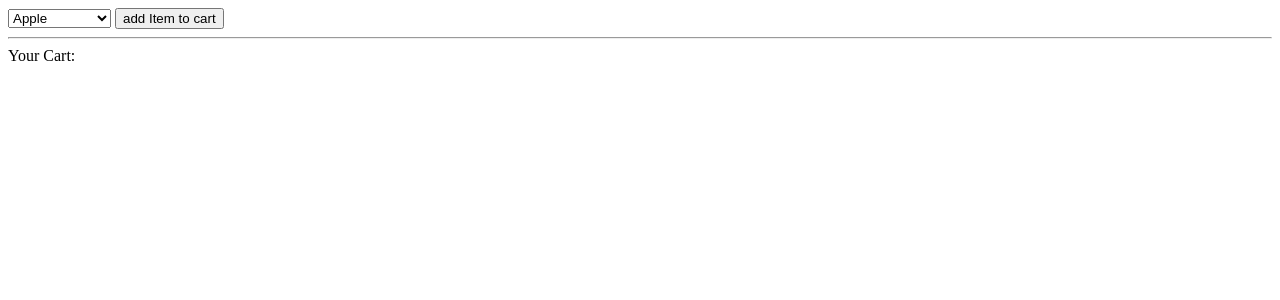
Repository: charlieactor/Skill-Distillery
Page: http://localhost/ShoppingCart/
These files come from the project's save history. The page is drawn as it stood at one moment and after the next save; the edit follows.
The browser window is 1280 px wide. The pictures show the whole page.
The page is served by Tomcat 9.

Above is the page before, as saved 2017-07-11 16:58:36.

After the next save:
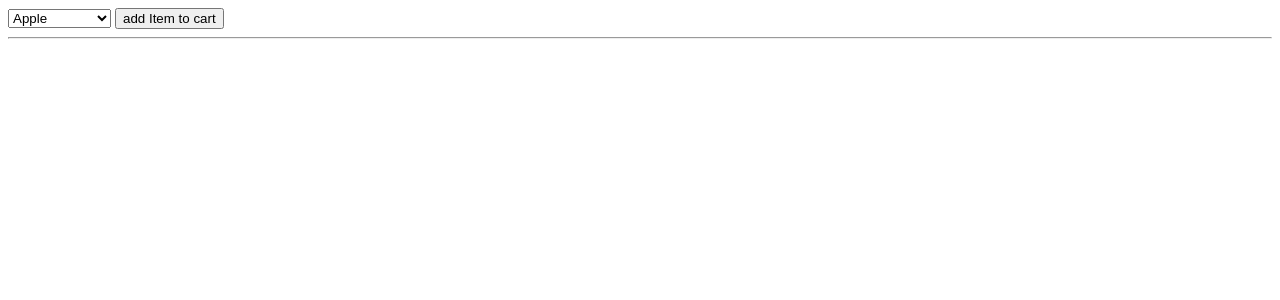
Saved 26 s later.
--- a/workspace/ShoppingCart/WebContent/WEB-INF/cart.jsp
+++ b/workspace/ShoppingCart/WebContent/WEB-INF/cart.jsp
@@ -22,7 +22,9 @@
  You chose product ${product.name}
  </c:if>
  <hr>
+ <c:if test="${not empty cart}">
  Your Cart: <br>
+ </c:if>
  <ul>
   <c:forEach var="item" items="${cart}">
    <li>${item.name} (${item.price})</li>

After the 2 saves that followed:
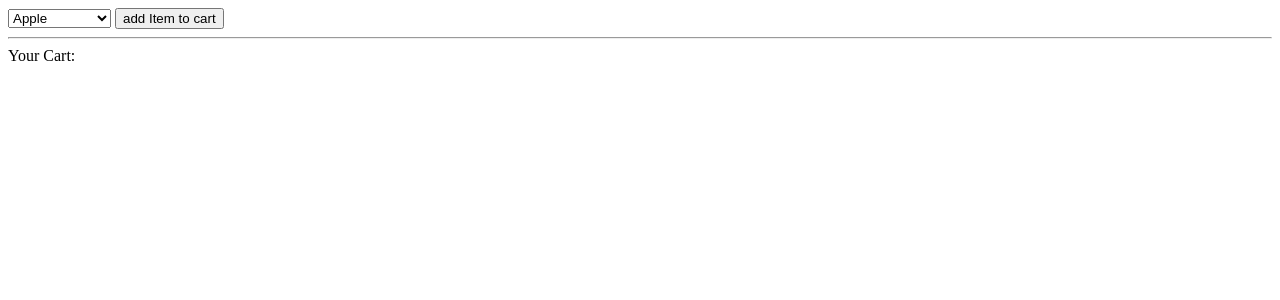
The 2 saves are shown as one change because 1 left the picture as it was.
The last was saved 38 s later.
--- a/workspace/ShoppingCart/WebContent/WEB-INF/cart.jsp
+++ b/workspace/ShoppingCart/WebContent/WEB-INF/cart.jsp
@@ -22,13 +22,14 @@
  You chose product ${product.name}
  </c:if>
  <hr>
+
+  Your Cart: <br>
  <c:if test="${not empty cart}">
- Your Cart: <br>
- </c:if>
  <ul>
   <c:forEach var="item" items="${cart}">
    <li>${item.name} (${item.price})</li>
   </c:forEach>
  </ul>
+ </c:if>
 </body>
 </html>
